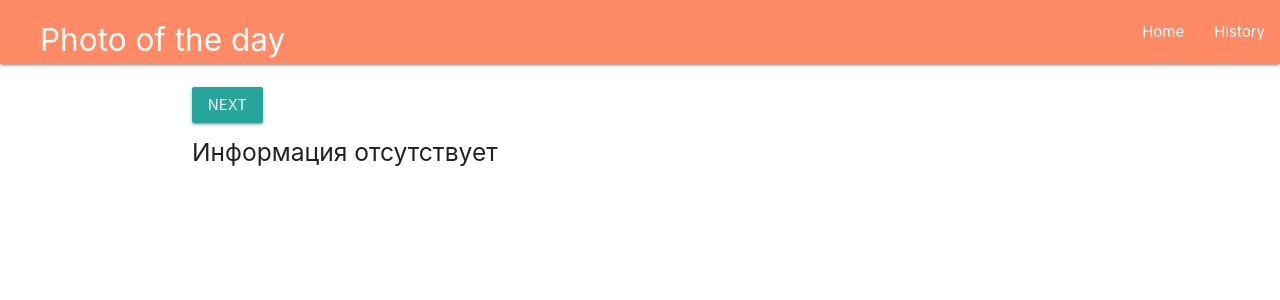
Repository: iveivs/getPhotoApi
Page: /
An editor plug-in stored every save of this project. The page is shown before and after the next save, followed by the edit.
The browser window is 1280 px wide. The pictures show the whole page.
The page's requests for data from a server got no answer. The project was rebuilt for these pictures with package versions that can differ from the ones it lists, and the page was loaded fresh each time. No one was signed in, and anything a server would have sent is missing. Also part of the build but not shown: vite.config.js, src/components/HistoryItem.jsx.

Above is the page before, as saved 2024-01-31 20:31:47.

After the next save:
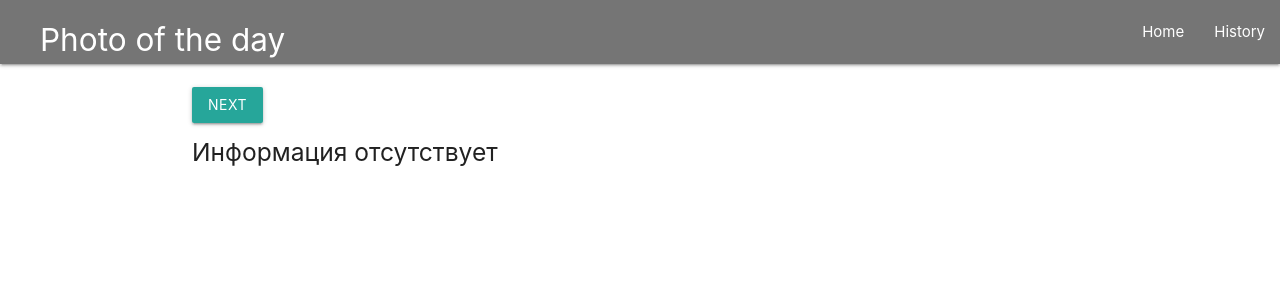
Saved 59 s later.
--- a/src/components/Header.jsx
+++ b/src/components/Header.jsx
@@ -2,7 +2,7 @@
 
 export default function Header() {
     return (
-        <nav className="deep-orange lighten-2">
+        <nav className="grey darken-1">
             <div className="nav-wrapper">
                 <h4 className="brand-logo">
                     Photo of the day
